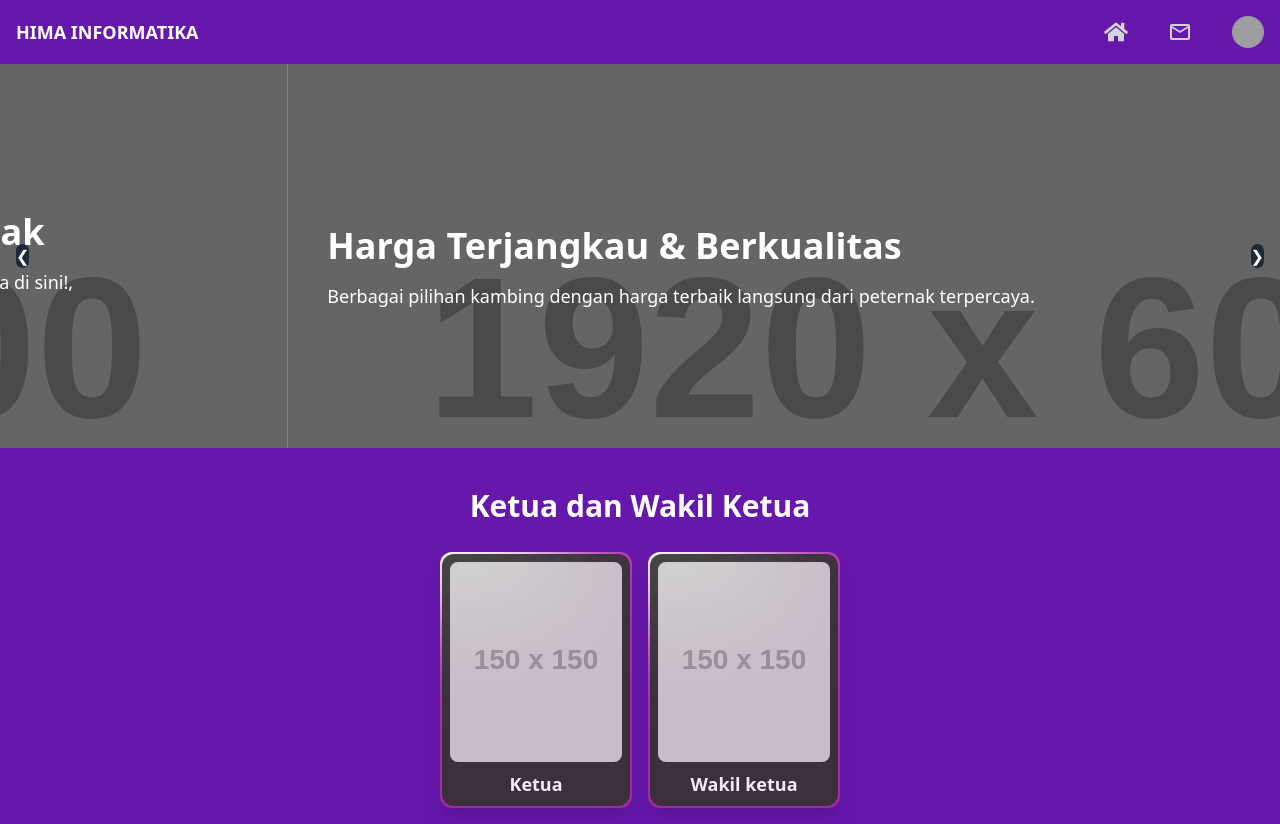
Repository: MUHAMADTEGARWIJAYA/himaif
Page: /
The author's editor kept a copy of each file at every save. The page is drawn from the files as they stood at one save, then again after the next save.
The browser window is 1280 px wide. The pictures show the whole page.
Pictures or frames that could not be fetched are drawn as grey boxes. The project was rebuilt for these pictures with package versions that can differ from the ones it lists, and the page was loaded fresh each time. Also part of the build but not shown: vite.config.js.

Above is the page before, as saved 2024-12-21 13:52:36.

### src/main.jsx
import React from 'react'
import ReactDOM from "react-dom/client"
import './index.css'
import App from './App.jsx'
import { BrowserRouter } from 'react-router-dom'

ReactDOM.createRoot(document.getElementById('root')).render(
  <React.StrictMode>
    <BrowserRouter>
    <App />
    </BrowserRouter>
  </React.StrictMode>
);

### src/index.css
@tailwind base;
@tailwind components;
@tailwind utilities;

body{
    background-color: #8349d4;
}

### src/App.jsx
import { Routes, Route } from "react-router-dom";
import Slider from "./pages/Content";
import LandingPage from "./layout/LandingPageLay";
import Card from "./pages/Members";

export default function App() {
  return (
    <Routes>
      <Route element={<LandingPage />}>
         <Route path="/" element={<Slider   />}/>
         <Route path="/" element={<Card   />}/>
      </Route>
    </Routes>
  );
}

### src/pages/Content.jsx
import { useState, useEffect } from "react";

const Slider = () => {
  const slides = [
    {
      id: 1,
      image: "https://via.placeholder.com/1920x600", // Ganti dengan URL gambar
      title: "Mudah & Transparan! Kambing Langsung dari Peternak",
      description:
        "Akses langsung ke peternak, harga transparan, dan kualitas terjamin. Pilih kambing untuk kebutuhan Anda hanya di sini!, jdsudvudvbduvbdvbdiobvbvsudvds",
    },
    {
      id: 2,
      image: "https://via.placeholder.com/1920x600", // Ganti dengan URL gambar
      title: "Harga Terjangkau & Berkualitas",
      description:
        "Berbagai pilihan kambing dengan harga terbaik langsung dari peternak terpercaya.",
    },
    {
      id: 3,
      image: "https://via.placeholder.com/1920x600", // Ganti dengan URL gambar
      title: "Pesan Sekarang, Nikmati Kemudahan",
      description:
        "Proses cepat, aman, dan terintegrasi untuk kebutuhan kambing Anda.",
    },
  ];

  const [currentIndex, setCurrentIndex] = useState(0);

  useEffect(() => {
    const interval = setInterval(() => {
      setCurrentIndex((prevIndex) =>
        prevIndex === slides.length - 1 ? 0 : prevIndex + 1
      );
    }, 5000); // Ganti dengan waktu delay (ms)
    return () => clearInterval(interval);
  }, [slides.length]);

  const prevSlide = () => {
    setCurrentIndex(currentIndex === 0 ? slides.length - 1 : currentIndex - 1);
  };

  const nextSlide = () => {
    setCurrentIndex((currentIndex + 1) % slides.length);
  };

  return (
    <div className="relative w-full h-96 overflow-hidden">
      <div
        className="flex transition-transform duration-1000"
        style={{ transform: `translateX(-${currentIndex * 100}%)` }}
      >
        {slides.map((slide) => (
          <div
            key={slide.id}
            className="w-full h-[600px] flex-shrink-0 relative"
            style={{
              backgroundImage: `url(${slide.image})`,
              backgroundSize: "cover",
              backgroundPosition: "center",
            }}
          >
            <div className="absolute inset-0 bg-black bg-opacity-50 flex flex-col justify-center mb-48 items-start p-10 text-white">
              <h1 className="text-4xl font-bold mb-4">{slide.title}</h1>
              <p className="text-lg">{slide.description}</p>
            </div>
          </div>
        ))}
      </div>
      <button
        onClick={prevSlide}
        className="absolute top-1/2 left-4 -translate-y-1/2 bg-gray-800 text-white rounded-full"
      >
        &#10094;
      </button>
      <button
        onClick={nextSlide}
        className="absolute top-1/2 right-4 -translate-y-1/2 bg-gray-800 text-white rounded-full"
      >
        &#10095;
      </button>
    </div>
  );
};

export default Slider;

### src/layout/LandingPageLay.jsx
import Navbar from '../pages/Navbar';

import App from "../pages/Members";
import Slider from "../pages/Content";

const LandigPage = () => {
    return (
        <div className='bg-[#6617ac]'>
            <Navbar />
             <Slider />
             <App />
         </div>
    );
};

export default LandigPage;

### src/pages/Members.jsx
import PropTypes from "prop-types";

const Card = ({ title, image }) => {
  return (

    <div className="relative drop-shadow-xl w-48 h-64 overflow-hidden rounded-xl bg-[#a52ba5] transform transition-transform hover:scale-105 hover:rotate-2">
      <div className="absolute inset-0.5 flex flex-col items-center justify-between text-white z-[1] opacity-90 rounded-xl bg-[#323132] p-2">
        <img
          src={image}
          alt={title}
          className="w-full h-52 object-cover rounded-lg"
        />
        <h3 className="text-lg font-semibold mt-2">{title}</h3>
      </div>
      <div className="absolute w-56 h-48 bg-white blur-[50px] -left-1/2 -top-1/2"></div>
    </div>
  );
};

Card.propTypes = {
  title: PropTypes.string.isRequired,
  image: PropTypes.string.isRequired,
};

const App = () => {
  const cards = [
    {
      title: "Ketua",
      image: "https://via.placeholder.com/150",
    },
    {
      title: "Wakil ketua",
      image: "https://via.placeholder.com/150",
    },
  ];


  return (
    <div className=" ">
       <h1 className="text-3xl font-semibold mt-10 text-center bg-clip-text text-white">
        Ketua dan Wakil Ketua
        </h1>
                    {/*Ketua dan wakil  */}
                    <div className="flex flex-wrap justify-center gap-4 mt-3 p-4">
                    {cards.map((card, index) => (
                        <Card key={index} title={card.title} image={card.image} />
                    ))}
                    </div>
    </div>
  );
};

export default App;

### src/pages/Navbar.jsx
import  { useState, useEffect } from "react";
import { FaHome } from "react-icons/fa";
import { MdOutlineEmail } from "react-icons/md";

const Navbar = () => {
  const [isVisible, setIsVisible] = useState(true);

  useEffect(() => {
    const handleScroll = () => {
      // Check scroll position
      if (window.scrollY > 50) {
        setIsVisible(false); // Hide when scrolled down
      } else {
        setIsVisible(true); // Show when at top
      }
    };

    window.addEventListener("scroll", handleScroll);

    // Cleanup event listener on unmount
    return () => {
      window.removeEventListener("scroll", handleScroll);
    };
  }, []);

  return (
    <div className="relative">
      <div
        className={`flex items-center p-4 bg-transparent justify-between space-x-5 text-white transition-transform duration-300 ${
          isVisible ? "translate-y-0" : "-translate-y-full"
        }`}
      >
        {/* Bagian Kiri */}
        <div className="flex items-center">
          <span className="text-lg font-bold">HIMA INFORMATIKA</span>
        </div>

        {/* Bagian Kanan */}
        <div className="flex items-center relative space-x-10">
          <button className="text-gray-300 hover:text-white">
            <FaHome className="w-6 h-6" />
          </button>
          <button className="text-gray-300 hover:text-white">
            <MdOutlineEmail className="w-6 h-6" />
          </button>
          {/* Avatar */}
          <div className="flex items-center">
            <img
              src="image.jpg" // Gunakan default jika avatar kosong
              alt="User Avatar"
              className="w-8 h-8 rounded-full"
            />
          </div>
        </div>
      </div>
    </div>
  );
};

export default Navbar;

Loaded but not shown: index.html (common file); tailwind.config.js (common file)

After the next save:
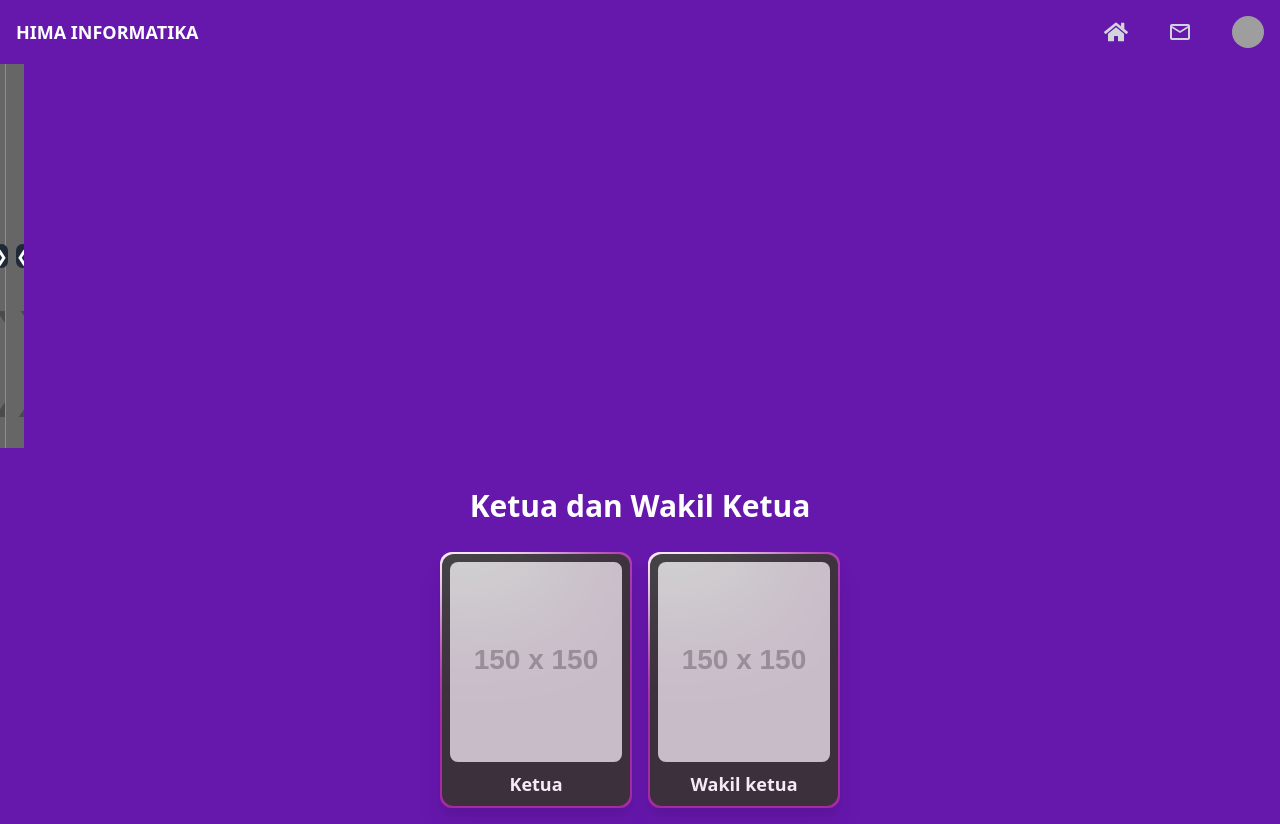
Saved 11 s later.
--- a/src/pages/Content.jsx
+++ b/src/pages/Content.jsx
@@ -45,7 +45,7 @@
   };
 
   return (
-    <div className="relative w-full h-96 overflow-hidden">
+    <div className="relative w-6 h-96 overflow-hidden">
       <div
         className="flex transition-transform duration-1000"
         style={{ transform: `translateX(-${currentIndex * 100}%)` }}

After the save that followed:
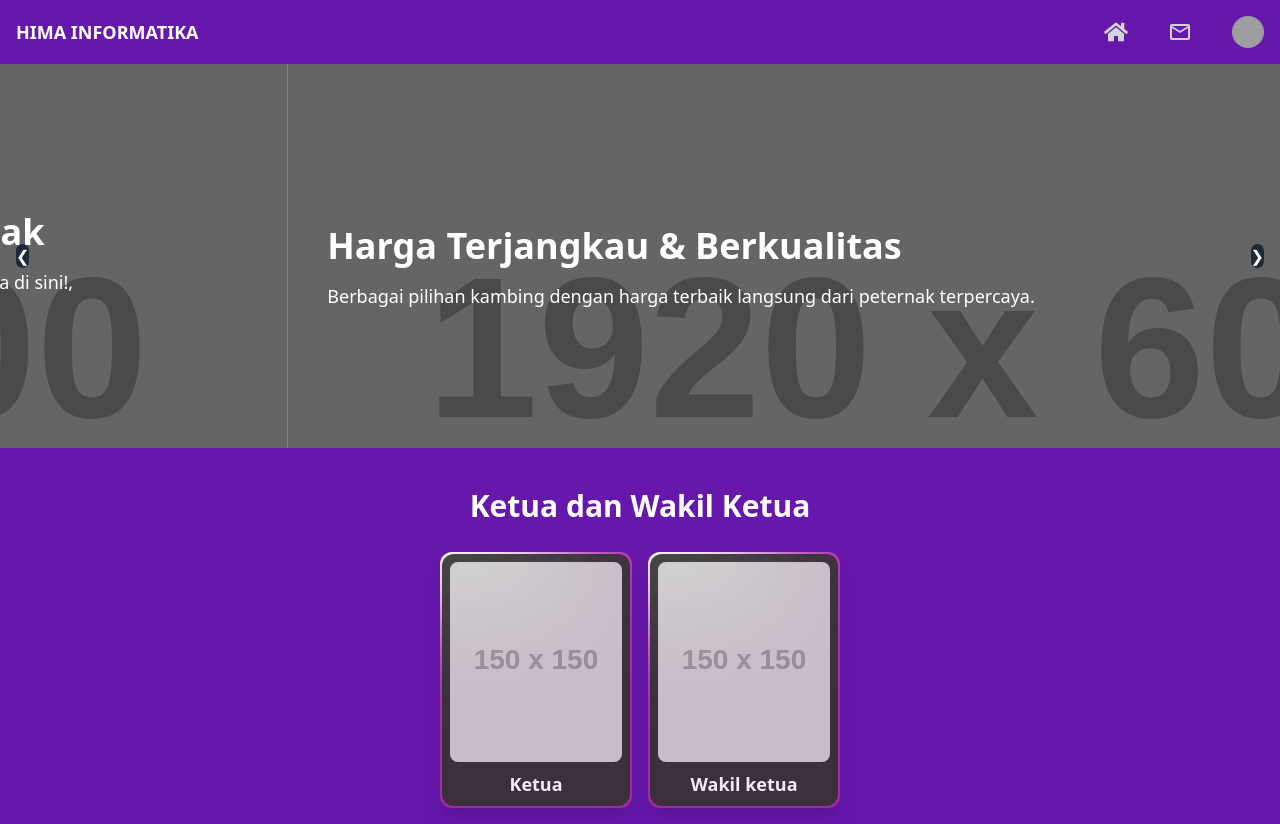
Saved 12 s later.
--- a/src/pages/Content.jsx
+++ b/src/pages/Content.jsx
@@ -45,7 +45,7 @@
   };
 
   return (
-    <div className="relative w-6 h-96 overflow-hidden">
+    <div className="relative w-full h-96 overflow-hidden">
       <div
         className="flex transition-transform duration-1000"
         style={{ transform: `translateX(-${currentIndex * 100}%)` }}
